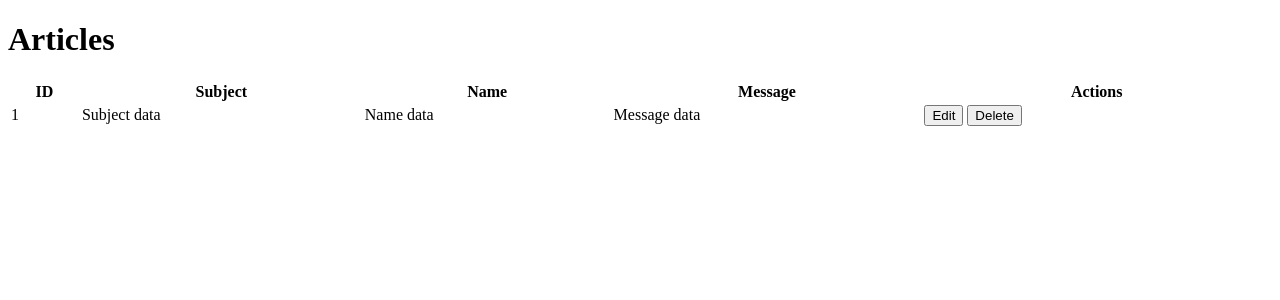
Repository: iuliaclisu/CCproject
Page: server/frontend/index.html
The author's editor kept a record of every edit. The page is drawn from the files as they stood at one moment, then again after the next edit.
The browser window is 1280 px wide. The pictures show the whole page.

Above is the page before.

After the next edit:
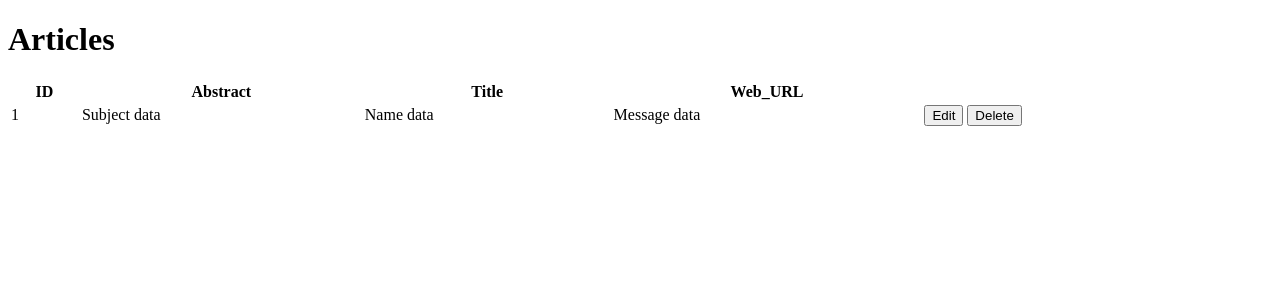
The edit:
--- a/server/frontend/index.html
+++ b/server/frontend/index.html
@@ -8,10 +8,9 @@
         <table style="width:100%;">
     <tr>
         <th>ID</th>
-        <th>Subject</th>
-        <th>Name</th>
-        <th>Message</th>
-        <th>Actions</th>
+        <th>Abstract</th>
+        <th>Title</th>
+        <th>Web_URL</th>
     </tr>
     <tr>
         <td>1</td>
